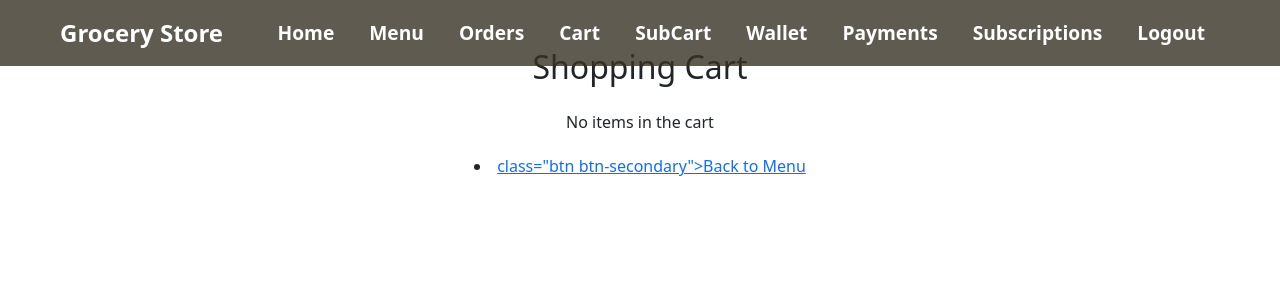
Repository: NagaMounikaY/GroceriesSubscriptionBookingManagement
Page: http://localhost/GroceriesSubBookingSystem/WEB-INF/views/addToCart.jsp
An editor plug-in stored every save of this project. The page is shown before and after the next save, followed by the edit.
The browser window is 1280 px wide. The pictures show the whole page.
The page is served by Tomcat 9. Nobody is signed in. The template is opened directly, without the code that normally fills it, so the values that code supplies are empty.

Above is the page before, as saved 2024-09-13 05:03:16.

After the next save:
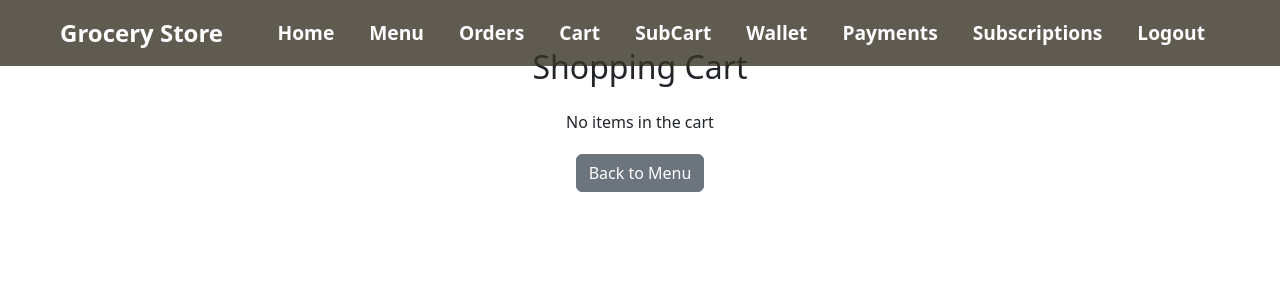
Saved 2 min 30 s later.
--- a/GroceriesSubBookingSystem/src/main/webapp/WEB-INF/views/addToCart.jsp
+++ b/GroceriesSubBookingSystem/src/main/webapp/WEB-INF/views/addToCart.jsp
@@ -70,7 +70,7 @@
             </c:otherwise>
         </c:choose>
         <div class="text-center btn-back">
-            <li><a href="${pageContext.request.contextPath}/groceries/list"> class="btn btn-secondary">Back to Menu</a>
+            <a href="${pageContext.request.contextPath}/groceries/list" class="btn btn-secondary">Back to Menu</a>
         </div>
     </div>
     <script src="https://code.jquery.com/jquery-3.5.1.slim.min.js"></script>
